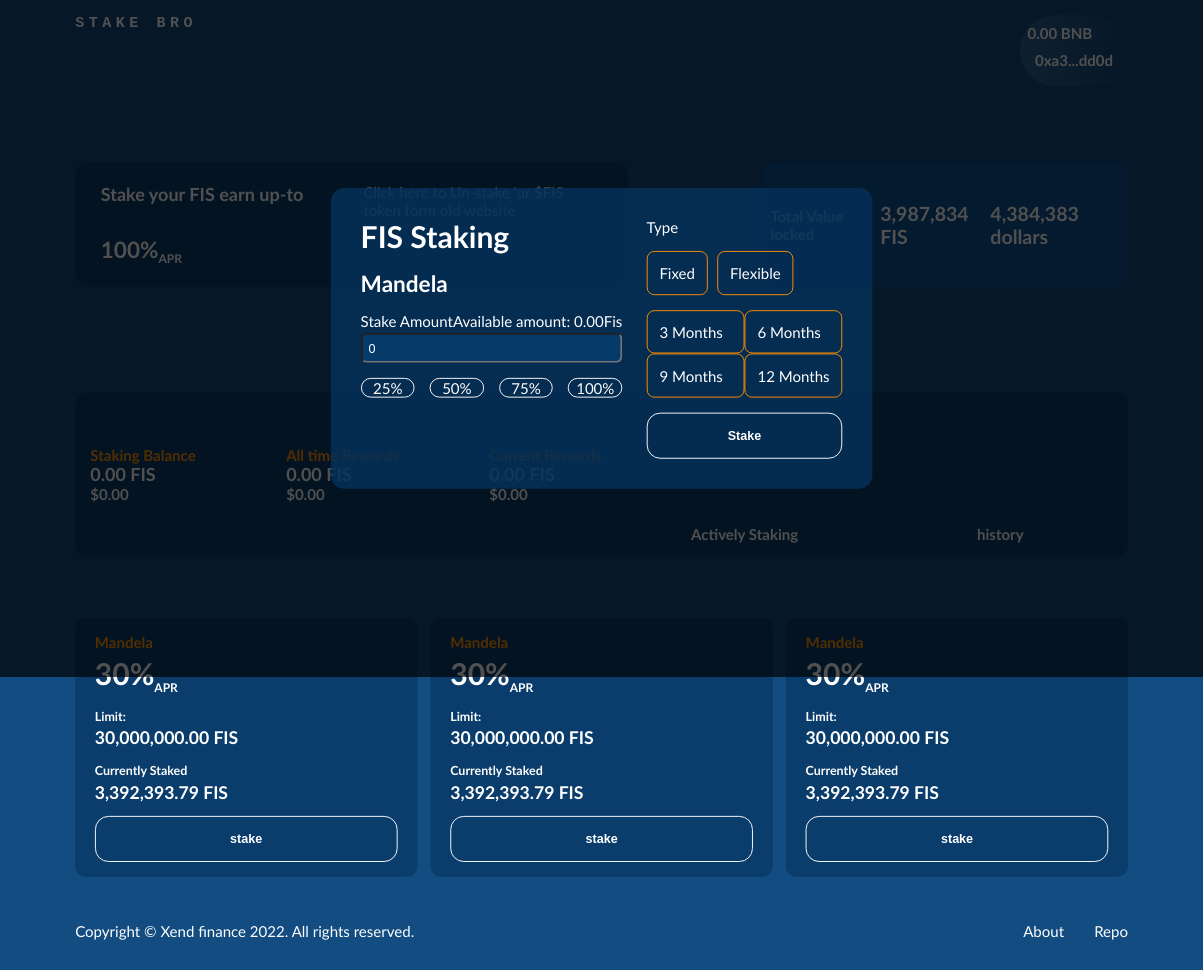
Repository: NorVirae/Stake
Page: /, after clicking the first element matching `button.stake-button`
The author's editor kept a copy of each file at every save. The page is drawn from the files as they stood at one save, then again after a run of saves.
The browser window is 1280 px wide. The pictures show the whole page, at 94% of full size.
The project was rebuilt for these pictures with package versions that can differ from the ones it lists, and the page was loaded fresh each time.

Above is the page before, as saved 2022-04-18 19:37:24.

### src/App.tsx
import React, { useState } from 'react';
import AccountInfoCard from './components/cards/account-info-card';
import AprCard from './components/cards/apr-card';
import StakeModal from './components/modals/stake-modal';
import './styles/app.css'

function App() {
  const [isWalletConnected, setIsWalletConnected] = useState(false)
  const [showModal, setShowModal] = useState(false)

  return (
    <div className="stake-container">

      {showModal && <StakeModal showModal={showModal} setShowModal={setShowModal}/>}
      <header>
        <nav>
            <a href='logo' className='logo'>Stake Bro</a>
            <ul>
              {
                isWalletConnected?
                  <li className='connect-wallet-btn'>Connect Wallet</li>:
                  <li className='connect-wallet-btn'>0.00 BNB
                    <li className='connect-wallet-btn'>0xa3...dd0d</li>
                </li>
                }

            </ul>
        </nav>
      </header>



      <main>
        <section className='info-global'>
          <div className='info-main'>
            <div className='inner-container-left'>
              <h1 className='earn-text'> Stake your FIS earn up-to</h1>
              <h1>100%<sub className='sub'>APR</sub></h1>

            </div>

            <div className='inner-container-right'>
              <p>Click here to Un-stake 'ur $FIS token form old website</p>
              {/* <span>{"=>"}</span> */}
            </div>
          </div>

          <div className='public-stake-info'>
            <h3 className='total-locked'>Total Value locked</h3>
            <h1 className='total-locked-token'>3,987,834 FIS</h1>
            <h2 className='total-locked-dollars'>4,384,383 dollars</h2>

          </div>

        </section>

        <section className='connection-info'>
          {
          isWalletConnected?
          <div className={'connection-container-user'}>
            <div className='connection-info-text'>No Wallet connected</div>
            <div> Connect wallet to see your balance</div>
          </div>
          :
          <>
          <div className='user-stake-info-container'>
            <AccountInfoCard title='Staking Balance' token='0.00' dollarEquiv='0.00'/>

            <AccountInfoCard title='All time Rewards' token='0.00' dollarEquiv='0.00'/>


            <AccountInfoCard title='Current Rewards' token='0.00' dollarEquiv='0.00'/>


          </div>

          <div className='info-redirect'>
            <h1>Actively Staking </h1>
            <h1>history </h1>

          </div>

          </>
          }
        </section>

        <section className='reward'>
          <AprCard stakeAction={setShowModal}/>
          <AprCard stakeAction={setShowModal}/>
          <AprCard stakeAction={setShowModal}/>
        </section>

      </main>

      <footer>
        <div className='copyright-info'>
          Copyright &copy; Xend finance 2022. All rights reserved.
        </div>
        <ul>
          <li>About</li>
          <li>Repo</li>

        </ul>
      </footer>

    </div>
  );
}

export default App;

### src/components/cards/account-info-card.tsx
import React from 'react';

interface StakeInfoParams {
    title:string,
    token:string,
    dollarEquiv:string
}

const AccountInfoCard:React.FC<StakeInfoParams> = ({title, token, dollarEquiv}) => {
    return <div className='user-stake-info'>
                <h2 className='staking-balance'>{title}</h2>
                <h1 className='token-balance-fis'>{token} FIS</h1>
                <h2 className='token-balance-dollars'>${dollarEquiv}</h2>
            </div>
}

export default AccountInfoCard;

### src/components/cards/apr-card.tsx
import React, { useState } from "react";

interface AprCardInterface{
    stakeAction:any
}

const AprCard:React.FC<AprCardInterface> = ({stakeAction})=>{
    const [isWalletConnected, setIsWalletConnected] = useState(false)
    return <div className='apr-card'>
                <div className='mandela-container'>
                    <h4 className="mandela">Mandela</h4>
                    <h1 className="apr-announce">30%<sub className="sub">APR</sub></h1>
                </div>


                <div className='limit-container'>
                    <h5>Limit:</h5>
                    <h3>30,000,000.00 FIS</h3>
                </div>

                <div className='current-container'>
                    <h5>Currently Staked</h5>
                    <h3>3,392,393.79 FIS</h3>
                </div>

                {isWalletConnected?<button className="stake-button">No wallet connected</button>:
                <button onClick = {e=>stakeAction(true)}
                className="stake-button">stake</button>}

        </div>
}

export default AprCard;

### src/components/modals/stake-modal.tsx
import React, { useState } from 'react';


interface StakeModalInterface{
    setShowModal?:any,
    showModal:boolean
}

const StakeModal:React.FC<StakeModalInterface> = ({setShowModal, showModal}) => {

    const [amountToStake, setAmountToStake] = useState(0)
    return <div onClick={e=>setShowModal(false)} className='stake-modal-container'>

                <div onClick={e=>null} className='stake-modal'>
                    <div className='stake-inner-left'>
                        <h1>FIS Staking</h1>

                        <h2> Mandela</h2>

                        <form>
                            <fieldset className='form-group'>

                                <label className='form-label'><span>Stake Amount </span> <span>Available amount: 0.00Fis</span></label>
                                <input value={amountToStake} className='form-input'/>

                            </fieldset>
                        </form>

                        <div className='percentage-container'>

                            <div className='btn-percentage'>
                                25%

                            </div>

                            <div className='btn-percentage'>
                                50%

                            </div>

                            <div className='btn-percentage'>
                                75%

                            </div>

                            <div className='btn-percentage'>
                                100%

                            </div>
                        </div>

                        <div className='stake-type'>

                        </div>

                    </div>

                    <div className='stake-inner-right'>

                        <div className='type-title'>Type</div>
                        <div className='type-btn-container'>
                            <div className='btn-type'>
                                    Fixed
                            </div>

                            <div className='btn-type'>
                                    Flexible
                            </div>
                        </div>

                        <div className='duration-container'>
                            <div className='duration-btn'>
                                3 Months
                            </div>

                            <div className='duration-btn'>
                                6 Months
                            </div>


                            <div className='duration-btn'>
                                9 Months
                            </div>

                            <div className='duration-btn'>
                                12 Months
                            </div>

                        </div>

                        <button className='stake-button'>Stake</button>
                    </div>

                </div>

            </div>


}
export default StakeModal;

### src/styles/app.css
*{
    padding: 0;
    margin: 0;

}

::-webkit-scrollbar{
    background-color: #134C81;
    width: .4rem;
}

::-webkit-scrollbar-thumb{
    background-color: #0c5ba5;
}

img {
    width: 100%;
}

li {
    list-style-type: none;
}

body{
    background-color: #134C81;
    color: #ffff;
    font-family:'Trebuchet MS', 'Lucida Sans Unicode', 'Lucida Grande', 'Lucida Sans', Arial, sans-serif;
}
.stake-container {
    max-width: 70rem;
    margin:auto;
    display: flex;
    flex-direction: column;
    gap: 1rem;
}


nav {
    display:  flex;
    justify-content: space-between;
    padding: 1rem 0;
    position: sticky;
    top:0;
}

main {
    display: flex;
    flex-direction: column;
    gap:4rem;
}
.logo {
    text-decoration: none;
    font-family: 'Courier New', Courier, monospace;
    font-weight: 900;
    color: #ffff;
    letter-spacing: .3rem;
    text-transform: uppercase;
}

.connect-wallet-btn{
    padding: .6rem .5rem;
    background-image: linear-gradient(to right, #2d6797, #134C81  );
    font-weight: bold;
    border-radius: 3rem;
    transition: background-image .5s ease-in-out;
}

.connect-wallet-btn:hover{
    background-image: linear-gradient(to right, #134C81, #2d6797 );
    cursor: pointer;
    color: rgb(225, 225, 235);

}

.info-global{
    display: flex;
    justify-content: space-between;
    padding: 3rem 0;
    gap: 9rem;
}

.info-main{
    display: flex;
    background-color: #05315a88;
    border-radius: .9rem;
    padding: .5rem .9rem;

}

.inner-container-left, .inner-container-right{

    width: 100%;
    padding: .9rem .8rem;
    border-radius: .9rem;
    display: flex;
    flex-direction: column;
    gap:2rem
}



.earn-text {
    font-size: 1.2rem;
}

.sub{
    font-size: .8rem;
}

.public-stake-info {
    display: flex;
    justify-content: center;
    align-items: center;
    border-radius: .9rem;
    padding: .5rem;
    gap: .4rem;

    background-color: #0c5ba588;

}


.total-locked{
    font-size: 1rem;

}

.total-locked-token{
    font-size: 1.3rem;
}

.total-locked-dollars {
    font-size: 1.3rem;
}


.connection-info{
    display: flex;
    background-color: #05315a88;
    border-radius: .9rem;
    justify-content: center;
    align-items: center;
    height: 20vh;
    padding: 1rem 1rem;

}

.connection-info-text {
    font-size: 1.2rem;
    text-transform: uppercase;
}

.user-stake-info-container{
    display: flex;
    justify-content: space-between;
    width: 100%;
}

.staking-balance{
    font-size: 1rem;
    color: #FF9100;;
}

.token-balance-fis{
    font-size: 1.2rem;
}

.token-balance-dollars{
    font-size: 1rem;
}

.info-redirect{
    width: 100%;
    height: 100%;
    display: flex;
    justify-content: flex-end;
    align-items: flex-end;
    justify-content: space-around;
}

.info-redirect h1 {
    font-size: 1rem;
}

.connection-container-user{
    display: flex;
    flex-direction: column;
    justify-content: center;
    align-items: center;
}


.reward{
    display: flex;
    justify-content: space-between;
    gap: .9rem;
}

.apr-card{
    background-color: #05315a88;
    padding: 1rem 1.3rem;
    border-radius: .7rem;
    display: flex;
    flex-direction: column;
    justify-content: space-around;
    flex: 1;
    gap: .9rem;
}

.mandela-container{
    display: flex;
    flex-direction: column;
    justify-content: space-between;
    gap:.3rem;
}

.mandela{
    font-size: 1rem;
    color: #FF9100;

}

.apr-announce{
    font-size: 2rem;
}

.limit-container{
    display: flex;
    flex-direction: column;
    justify-content: space-between;
    gap:.3rem;
}

.current-container{
    display: flex;
    flex-direction: column;
    justify-content: space-between;
    gap:.3rem;
}

.stake-button{
    border-radius: .9rem;
    border: .1px solid white;
    background-color: transparent;
    padding: 1rem .6rem;
    color: #fff;
    font-weight: bold;
    transition: color .4s ease-in-out, border .4s ease-in-out;

}

.stake-button:hover{
    cursor: pointer;
    color: #FF9100;
    border: .1px solid #FF9100;

}

footer{
    display: flex;
    justify-content: space-between;
    padding: 2rem 0;

}
.copyright-info{
    display: flex;
}

footer ul{
    display: flex;
    gap: 2rem;
}


/* Stake Modal */
.stake-modal-container{
    z-index: 9;
    background-color: rgba(0, 0, 0, 0.685);
    position: fixed;
    width: 100vw;
    height: 100vh;
    top: 0%;
    left: 0%;
    display: flex;
    justify-content: center;
    align-items: center;

}

.stake-modal-container:hover{
    cursor: pointer;
}

.stake-modal{
    display: flex;
    background-color: #05315ad2;
    padding: 2rem;
    border-radius: .9rem;
    gap: .6rem;
    z-index: 8;
}

.stake-modal:hover{
    border: .2rem solid #05315ad2;
}

.stake-inner-left{
    display: flex;
    flex-direction: column;
    padding-right: 1rem;
    gap: 1rem;
}

.form-group{
    display: flex;
    flex-direction: column;
    border: none;
    gap: .2rem;

}

.form-label{
    display: flex;
    justify-content: space-between;
}

.form-input {
    border-radius: .4rem;
    padding: .4rem;
    background-color: #0c5ba54b;
    color: #fff;
}

.percentage-container{
    display: flex;
    justify-content: space-between;
    gap: 1rem;
}

.btn-percentage{
    border: .1rem solid #fff;
    border-radius: .9rem;
    flex:1;
    display: flex;
    justify-content: center;
    align-items: center;
    transition: background-color .4s ease-in-out, color .4s ease-in-out;
}

.btn-percentage:hover{
    background-color: #fff;
    color: #0c5ba5;
    cursor: pointer;
}

.stake-inner-right{
    display: flex;
    flex-direction: column;
    gap: 1rem;
}

.type-btn-container{
    display: flex;
    gap: .6rem;

}

.btn-type {
    border: .1px solid #FF9100;
    padding: .8rem;
    border-radius: .5rem;
}

.duration-btn {
    border: .1px solid #FF9100;
    padding: .8rem;
    border-radius: .5rem;
}

.duration-container{
    display: grid;
    grid-template-columns: repeat(2, 1fr);
}

Loaded but not shown: public/index.html (common file); src/index.tsx (common file); src/reportWebVitals.ts (common file)

After the next 2 saves:
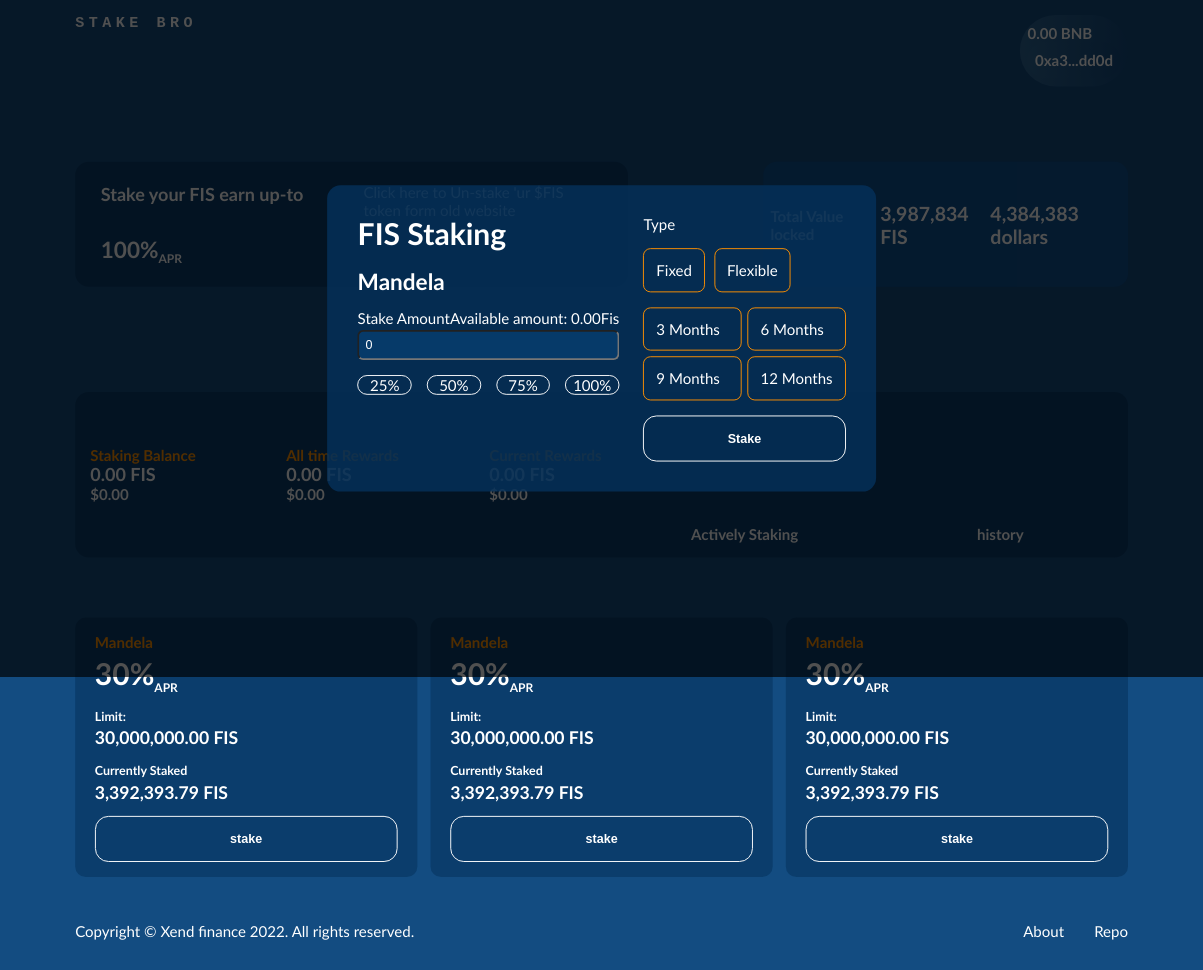
The 2 saves are shown as one change because they came seconds apart.
The last was saved 18 s later.
--- a/src/styles/app.css
+++ b/src/styles/app.css
@@ -379,5 +379,6 @@ footer ul{
 
 .duration-container{
     display: grid;
+    gap: .4rem;
     grid-template-columns: repeat(2, 1fr);
 }
